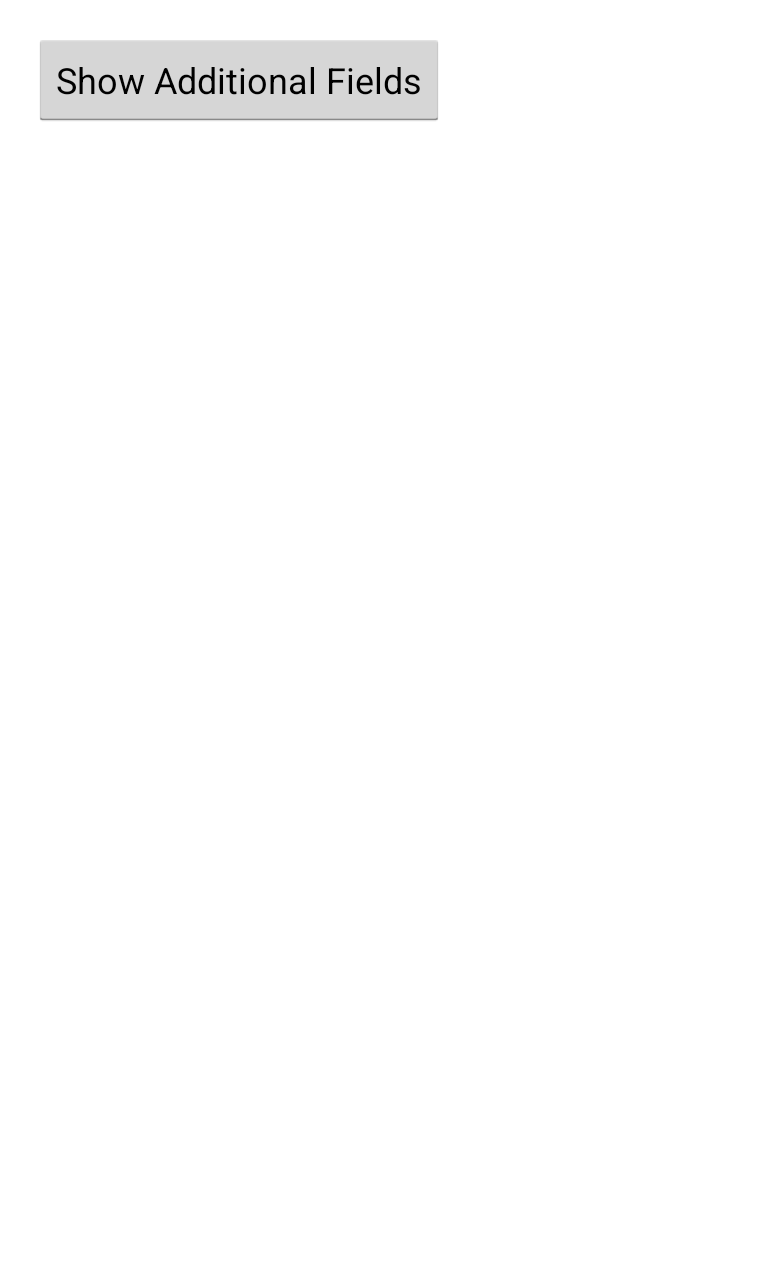
Repository: andreeastoican/Laborator04
Layout: ContactsManager/res/layout/activity_contacts_manager.xml
These files come from the project's save history. The layout is drawn as it stood at one moment and after the next save; the edit follows.
It is drawn on a 768 x 1280 px phone screen (xhdpi) without system bars, with theme AppTheme; the app's code is not run.

Above is the layout before, as saved 2015-03-17 18:58:49.

After the next save:
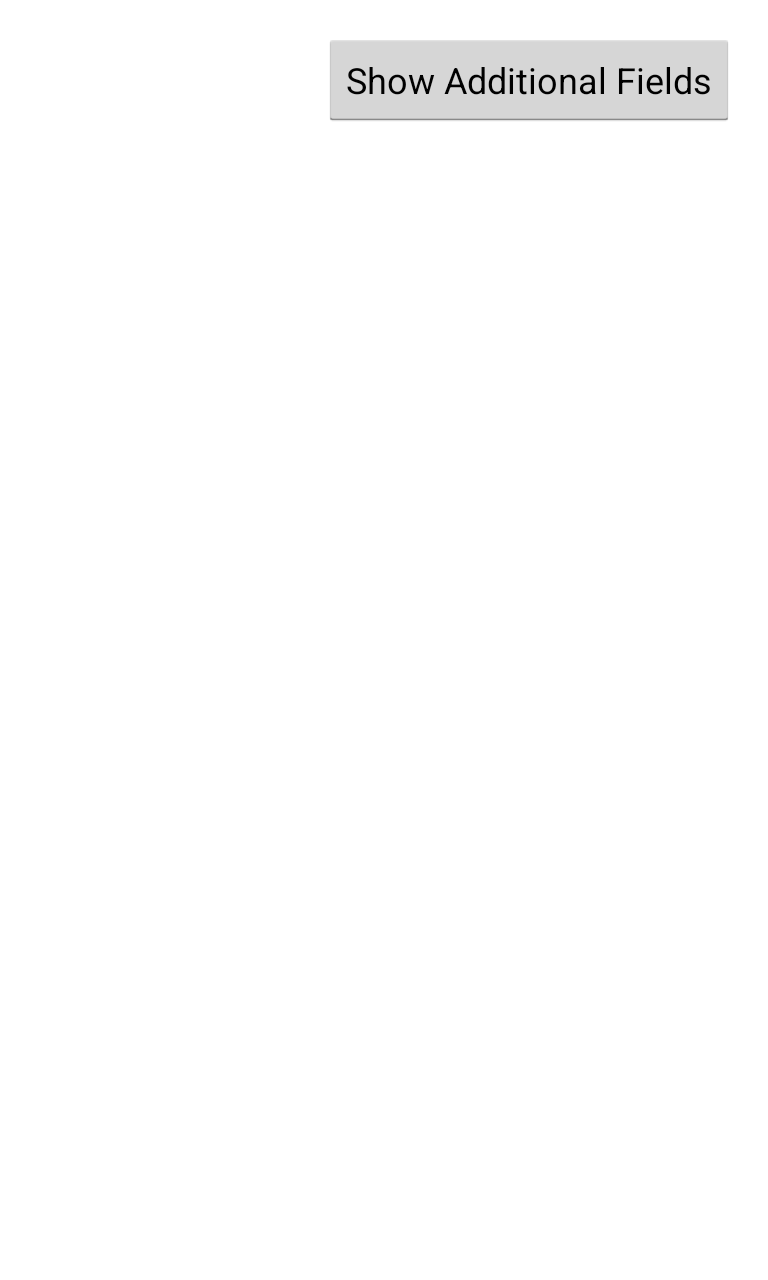
Saved 117 s later.
--- a/ContactsManager/res/layout/activity_contacts_manager.xml
+++ b/ContactsManager/res/layout/activity_contacts_manager.xml
@@ -16,7 +16,8 @@
 	       android:id="@+id/id_additional_filed"
 	       android:text="Show Additional Fields"
 	       android:layout_height="wrap_content"
-	       android:layout_width="wrap_content"/>
+	       android:layout_width="wrap_content"
+	       android:layout_gravity="right"/>
 
 	</FrameLayout>
 
